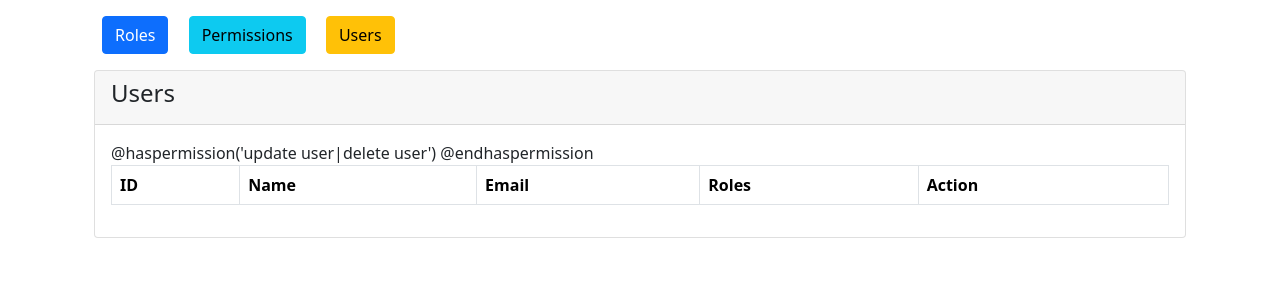
Repository: viisantos/permission_demo
Page: http://localhost/users
These files come from the project's save history. The page is drawn as it stood at one moment and after a run of saves; the edit follows.
The browser window is 1280 px wide. The pictures show the whole page.
The page is served by the project's Laravel application, run on PHP 8.4 with Laravel 10. Queries for data that is not in the repository find no rows.

Above is the page before, as saved 2024-05-25 21:40:05.

After the next 5 saves:
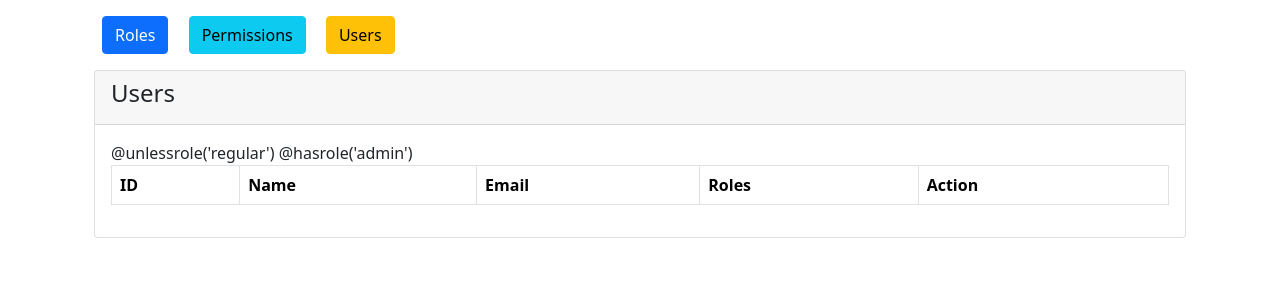
The 5 saves are shown as one change because they came seconds apart.
The last was saved 2 min 6 s later.
--- a/resources/views/role-permission/user/index.blade.php
+++ b/resources/views/role-permission/user/index.blade.php
@@ -26,9 +26,11 @@
                                 <th>Name</th>
                                 <th>Email</th>
                                 <th>Roles</th>
-                                @haspermission('update user|delete user')
+
+                                @unlessrole('regular')
+                                @hasrole('admin')
                                 <th>Action</th>
-                                @endhaspermission
+
                             </tr>
                         </thead>
                         <tbody>
